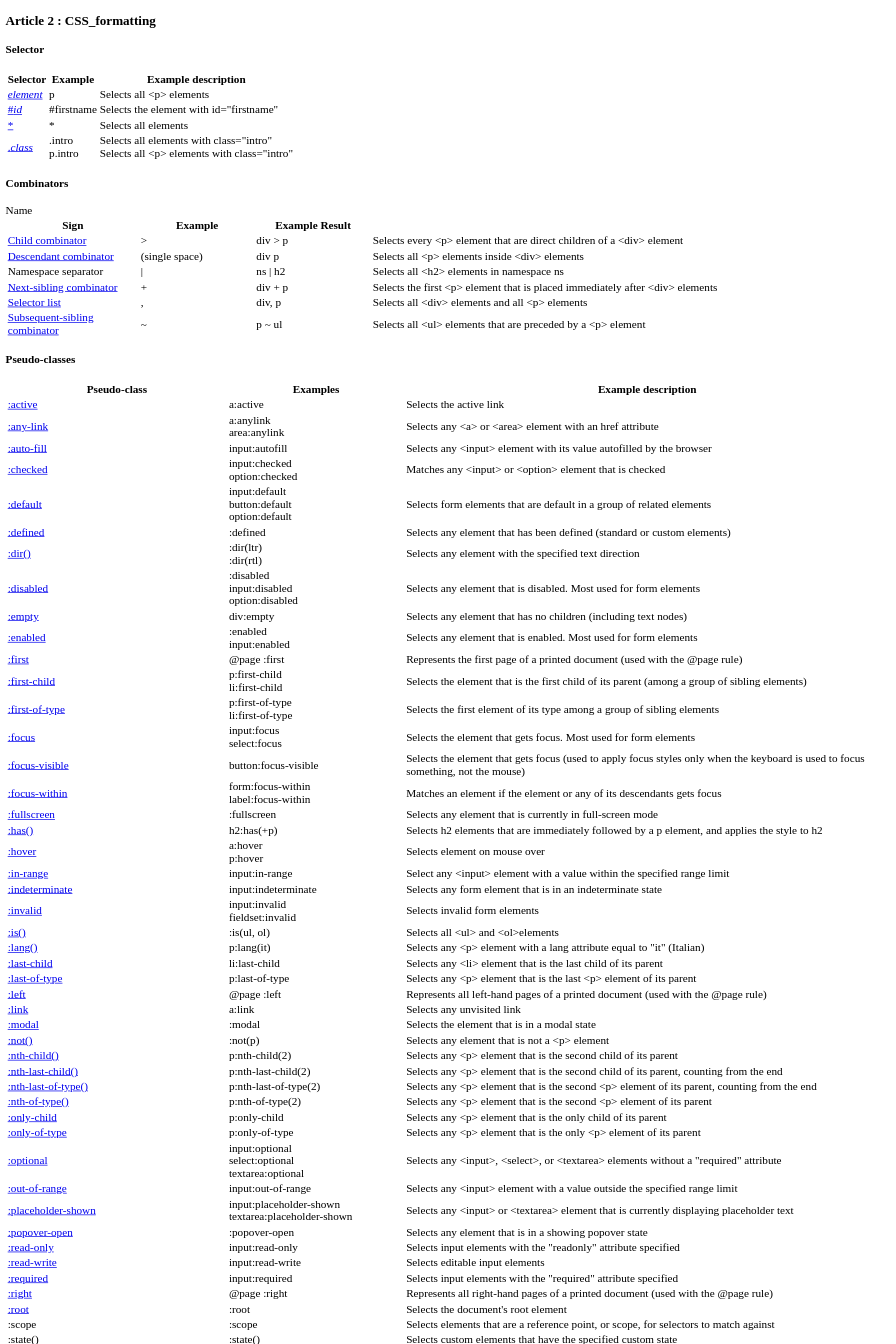
Repository: AnnaSpirit/2025_
Page: Bases/CSS_formatting.html
The author's editor kept a copy of each file at every save. The page is drawn from the files as they stood at one save, then again after the next save.
The browser window is 1280 px wide. The pictures show the part of the page from y = 0 to 1920 px (the page is 2615 px tall before and 3029 px after), at 70% of full size.

Above is the page before, as saved 2025-01-09 13:02:28.

### Bases/CSS_formatting.html
<!DOCTYPE html>
<html lang="en">
<head>
	<meta charset="UTF-8">
	<meta name="viewport" content="width=device-width, initial-scale=1.0">
	<title>CSS_formatting</title>
	<style>
		th{
		width:20%
			width:20%
		}
	</style>
</head>
<body>
<h3>Article 2 : CSS_formatting</h3>
<h4>Selector</h4>
<table>
<tr>
	<th>Selector</th>
	<th>Example</th>
	<th>Example description</th>
</tr>
<tr>
	<td><i><a href="sel_element.php">element</a></i></td>
	<td>p</td>
	<td>Selects all &lt;p&gt; elements</td>
</tr>
<tr>
	<td><a href="sel_id.php">#<i>id</i></a></td>
	<td>#firstname</td>
	<td>Selects the element with id="firstname"</td>
</tr>
<tr>
	<td><a href="sel_all.php">*</a></td>
	<td>*</td>
	<td>Selects all elements</td>
</tr>
<tr>
	<td><a href="sel_class.php">.<i>class</i></a></td>
	<td>.intro<br>p.intro</td>
	<td>Selects all elements with class="intro"<br>Selects all &lt;p&gt; elements with class="intro"
	</td>
</tr>
</table>
<h4>Combinators</h4>
<table class="ws-ta>
<tbody>
	<tr>
		<th style="width:32%">Name</th>
		<th style="width:15%">Sign</th>
		<th style="width:13%">Example</th>
		<th>Example Result</th>
	</tr>
	<tr>
		<td><a href="sel_element_gt.php">Child combinator</a></td>
		<td>&gt;</td>
		<td>div &gt; p</td>
		<td>Selects every &lt;p&gt; element that are direct children of a &lt;div&gt; element</td>
	</tr>
	<tr>
		<td><a href="sel_element_element.php">Descendant combinator</a></td>
		<td>(single space)</td>
		<td>div p</td>
		<td>Selects all &lt;p&gt; elements inside &lt;div&gt; elements</td>
	</tr>
	<tr>
		<td>Namespace separator</td>
		<td>|</td>
		<td>ns | h2</td>
		<td>Selects all &lt;h2&gt; elements in namespace ns</td>
	</tr>
	<tr>
		<td><a href="sel_element_pluss.php">Next-sibling combinator</a></td>
		<td>+</td>
		<td>div + p</td>
		<td>Selects the first &lt;p&gt; element that is placed immediately after &lt;div&gt; elements</td>
	</tr>
	<tr>
		<td><a href="sel_element_comma.php">Selector list</a></td>
		<td>,</td>
		<td>div, p</td>
		<td>Selects all &lt;div&gt; elements and all &lt;p&gt; elements</td>
	</tr>
	<tr>
		<td><a href="sel_gen_sibling.php">Subsequent-sibling combinator</a> </td>
		<td>~</td>
		<td>p ~ ul</td>
		<td>Selects all &lt;ul&gt; elements that are preceded by a &lt;p&gt; element</td>
	</tr>
</tbody>
</table>
<h4>Pseudo-classes</h4>
<table>
<tr>
	<th style="width:25%">Pseudo-class</th>
	<th style="width:20%">Examples</th>
	<th>Example description</th>
</tr>
<tr>
	<td><a href="sel_active.php">:active</a></td>
	<td>a:active</td>
	<td>Selects the active link</td>
</tr>
<tr>
	<td><a href="sel_any-link.php">:any-link</a></td>
	<td>a:anylink<br>area:anylink</td>
	<td>Selects any &lt;a&gt; or &lt;area&gt; element with an href attribute</td>
</tr>
<tr>
	<td><a href="sel_autofill.php">:auto-fill</a></td>
	<td>input:autofill</td>
	<td>Selects any &lt;input&gt; element with its value autofilled by the
		browser</td>
</tr>
<tr>
	<td><a href="sel_checked.php">:checked</a></td>
	<td>input:checked<br>option:checked</td>
	<td>Matches any &lt;input&gt; or &lt;option&gt; element that is checked</td>
</tr>
<tr>
	<td><a href="sel_default.php">:default</a></td>
	<td>input:default<br>button:default<br>option:default</td>
	<td>Selects form elements that are default in a group of related elements</td>
</tr>
<tr>
	<td><a href="sel_defined.php">:defined</a></td>
	<td>:defined</td>
	<td>Selects any element that has been defined (standard or custom
		elements)</td>
</tr>
<tr>
	<td><a href="sel_dir.php">:dir()</a></td>
	<td>:dir(ltr)<br>:dir(rtl)</td>
	<td>Selects any element with the specified text direction</td>
</tr>
<tr>
	<td><a href="sel_disabled.php">:disabled</a></td>
	<td>:disabled<br>input:disabled<br>option:disabled</td>
	<td>Selects any element that is disabled. Most used for form elements</td>
</tr>
<tr>
	<td><a href="sel_empty.php">:empty</a></td>
	<td>div:empty</td>
	<td>Selects any element that has no children (including text nodes)</td>
</tr>
<tr>
	<td><a href="sel_enabled.php">:enabled</a></td>
	<td>:enabled<br>input:enabled</td>
	<td>Selects any element that is enabled. Most used for form elements</td>
</tr>
<tr>
	<td><a href="sel_first.php">:first</a></td>
	<td>@page :first</td>
	<td>Represents the first page of a printed document (used with the @page
		rule)</td>
</tr>
<tr>
	<td><a href="sel_firstchild.php">:first-child</a></td>
	<td>p:first-child<br>li:first-child</td>
	<td>Selects the element that is the first child of its parent (among a group
		of sibling elements)</td>
</tr>
<tr>
	<td><a href="sel_first-of-type.php">:first-of-type</a></td>
	<td>p:first-of-type<br>li:first-of-type</td>
	<td>Selects the first element of its type among a group of sibling elements</td>
</tr>
<tr>
	<td><a href="sel_focus.php">:focus</a></td>
	<td>input:focus<br>select:focus</td>
	<td>Selects the element that gets focus. Most used for form elements</td>
</tr>
<tr>
	<td><a href="sel_focus-visible.php">:focus-visible</a></td>
	<td>button:focus-visible</td>
	<td>Selects the element that gets focus (used to apply focus styles only
		when the keyboard is used to focus something, not the mouse)</td>
</tr>
<tr>
	<td><a href="sel_focus-within.php">:focus-within</a></td>
	<td>form:focus-within<br>label:focus-within</td>
	<td>Matches an element if the element or any of its descendants gets focus</td>
</tr>
<tr>
	<td><a href="sel_fullscreen.php">:fullscreen</a></td>
	<td>:fullscreen</td>
	<td>Selects any element that is currently in full-screen mode</td>
</tr>
<tr>
	<td><a href="sel_has.php">:has()</a></td>
	<td>h2:has(+p)</td>
	<td>Selects h2 elements that are immediately followed by a p element, and
		applies the style to h2</td>
</tr>
<tr>
	<td><a href="sel_hover.php">:hover</a></td>
	<td>a:hover<br>p:hover</td>
	<td>Selects element on mouse over</td>
</tr>
<tr>
	<td><a href="sel_in-range.php">:in-range</a></td>
	<td>input:in-range</td>
	<td>Select any &lt;input&gt; element with a value within the specified range
		limit</td>
</tr>
<tr>
	<td><a href="sel_indeterminate.php">:indeterminate</a></td>
	<td>input:indeterminate</td>
	<td>Selects any form element that is in an indeterminate state</td>
</tr>
<tr>
	<td><a href="sel_invalid.php">:invalid</a></td>
	<td>input:invalid<br>fieldset:invalid</td>
	<td>Selects invalid form elements</td>
</tr>
<tr>
	<td><a href="sel_is.php">:is()</a></td>
	<td>:is(ul, ol)</td>
	<td>Selects all &lt;ul&gt; and &lt;ol&gt;elements</td>
</tr>
<tr>
	<td><a href="sel_lang.php">:lang()</a></td>
	<td>p:lang(it)</td>
	<td>Selects any &lt;p&gt; element with a lang attribute equal to "it" (Italian)</td>
</tr>
<tr>
	<td><a href="sel_last-child.php">:last-child</a></td>
	<td>li:last-child</td>
	<td>Selects any &lt;li&gt; element that is the last child of its parent</td>
</tr>
<tr>
	<td><a href="sel_last-of-type.php">:last-of-type</a></td>
	<td>p:last-of-type</td>
	<td>Selects any &lt;p&gt; element that is the last &lt;p&gt; element of its parent</td>
</tr>
<tr>
	<td><a href="sel_left.php">:left</a></td>
	<td>@page :left</td>
	<td>Represents all left-hand pages of a printed document (used with the @page
		rule)</td>
</tr>
<tr>
	<td><a href="sel_link.php">:link</a></td>
	<td>a:link</td>
	<td>Selects any unvisited link</td>
</tr>
<tr>
	<td><a href="sel_modal.php">:modal</a></td>
	<td>:modal</td>
	<td>Selects the element that is in a modal state</td>
</tr>
<tr>
	<td><a href="sel_not.php">:not()</a></td>
	<td>:not(p)</td>
	<td>Selects any element that is not a &lt;p&gt; element</td>
</tr>
<tr>
	<td><a href="sel_nth-child.php">:nth-child()</a></td>
	<td>p:nth-child(2)</td>
	<td>Selects any &lt;p&gt; element that is the second child of its parent</td>
</tr>
<tr>
	<td><a href="sel_nth-last-child.php">:nth-last-child()</a></td>
	<td>p:nth-last-child(2)</td>
	<td>Selects any &lt;p&gt; element that is the second child of its parent, counting from the
		end</td>
</tr>
<tr>
	<td><a href="sel_nth-last-of-type.php">:nth-last-of-type()</a></td>
	<td>p:nth-last-of-type(2)</td>
	<td>Selects any &lt;p&gt; element that is the second &lt;p&gt; element of its parent, counting from the
		end</td>
</tr>
<tr>
	<td><a href="sel_nth-of-type.php">:nth-of-type()</a></td>
	<td>p:nth-of-type(2)</td>
	<td>Selects any &lt;p&gt; element that is the second &lt;p&gt; element of its parent</td>
</tr>
<tr>
	<td><a href="sel_only-child.php">:only-child</a></td>
	<td>p:only-child</td>
	<td>Selects any &lt;p&gt; element that is the only child of its parent</td>
</tr>
<tr>
	<td><a href="sel_only-of-type.php">:only-of-type</a></td>
	<td>p:only-of-type</td>
	<td>Selects any &lt;p&gt; element that is the only &lt;p&gt; element of its parent</td>
</tr>
<tr>
	<td><a href="sel_optional.php">:optional</a></td>
	<td>input:optional<br>select:optional<br>textarea:optional</td>
	<td>Selects any &lt;input&gt;, &lt;select&gt;, or &lt;textarea&gt; elements without
		a "required" attribute</td>
</tr>
<tr>
	<td><a href="sel_out-of-range.php">:out-of-range</a></td>
	<td>input:out-of-range</td>
	<td>Selects any &lt;input&gt; element with a value outside the specified range
		limit</td>
</tr>
<tr>
	<td><a href="sel_placeholder-shown.php">:placeholder-shown</a></td>
	<td>input:placeholder-shown<br>
		textarea:placeholder-shown</td>
	<td>Selects any &lt;input&gt; or &lt;textarea&gt; element that is currently displaying
		placeholder text</td>
</tr>
<tr>
	<td><a href="sel_popover-open.php">:popover-open</a></td>
	<td>:popover-open</td>
	<td>Selects any element that is in a showing popover state</td>
</tr>
<tr>
	<td><a href="sel_read-only.php">:read-only</a></td>
	<td>input:read-only</td>
	<td>Selects input elements with the "readonly" attribute specified</td>
</tr>
<tr>
	<td><a href="sel_read-write.php">:read-write</a></td>
	<td>input:read-write</td>
	<td>Selects editable input elements</td>
</tr>
<tr>
	<td><a href="sel_required.php">:required</a></td>
	<td>input:required</td>
	<td>Selects input elements with the "required" attribute specified</td>
</tr>
<tr>
	<td><a href="sel_right.php">:right</a></td>
	<td>@page :right</td>
	<td>Represents all right-hand pages of a printed document (used with the @page
		rule)</td>
</tr>
<tr>
	<td><a href="sel_root.php">:root</a></td>
	<td>:root</td>
	<td>Selects the document's root element</td>
</tr>
<tr>
	<td>:scope</td>
	<td>:scope</td>
	<td>Selects elements that are a reference point, or scope, for selectors to
		match against</td>
</tr>
<tr>
	<td>:state()</td>
	<td>:state()</td>
	<td>Selects custom elements that have the specified custom state</td>
</tr>
<tr>
	<td><a href="sel_target.php">:target</a></td>
	<td>:target </td>
	<td>Selects the current active target element</td>
</tr>
<tr>
	<td><a href="sel_user-invalid.php">:user-invalid</a></td>
	<td>:user-invalid</td>
	<td>Selects any form element with an invalid value (after the user have
		interacted with it)</td>
</tr>
<tr>
	<td><a href="sel_user-valid.php">:user-valid</a></td>
	<td>:user-valid</td>
	<td>Selects any form element with a valid value (after the user have
		interacted with it)</td>
</tr>
<tr>
	<td><a href="sel_valid.php">:valid</a></td>
	<td>input:valid</td>
	<td>Selects all input elements with a valid value</td>
</tr>
<tr>
	<td><a href="sel_visited.php">:visited</a></td>
	<td>a:visited<br>area:visited</td>
	<td>Selects all visited links</td>
</tr>
<tr>
	<td><a href="sel_where.php">:where()</a></td>
	<td>:where(ol, ul)</td>
	<td>Selects all &lt;ul&gt; and &lt;ol&gt;elements</td>
</tr>
</table>
<h4>Pseudo-elements</h4>
<table class="ws-ta>
<tbody>
	<tr>
		<th style="width:25%">Pseudo-element</th>
		<th style="width:25%">Example</th>
		<th>Example description</th>
	</tr>
	<tr>
		<td><a href="sel_after.php">::after</a></td>
		<td>p::after<br>div::after</td>
		<td>Inserts something after the content of the specified element</td>
	</tr>
	<tr>
		<td><a href="sel_backdrop.php">::backdrop</a></td>
		<td>dialog::backdrop</td>
		<td>Styles the viewbox behind a dialog box or popover element</td>
	</tr>
	<tr>
		<td><a href="sel_before.php">::before</a></td>
		<td>p::before<br>div::before</td>
		<td>Inserts something before the content of the specified element</td>
	</tr>
	<tr>
		<td><a href="sel_file-selector-button.php">::file-selector-button</a></td>
		<td>::file-selector-button</td>
		<td>Selects any button of type &lt;input type="file"&gt;</td>
	</tr>
	<tr>
		<td><a href="sel_firstletter.php">::first-letter</a></td>
		<td>p::first-letter</td>
		<td>Selects the first letter of every &lt;p&gt; element</td>
	</tr>
	<tr>
		<td><a href="sel_firstline.php">::first-line</a></td>
		<td>p::first-line</td>
		<td>Selects the first line of every &lt;p&gt; element</td>
	</tr>
	<tr>
		<td><a href="sel_grammar-error.php">::grammar-error</a></td>
		<td>::grammar-error</td>
		<td>Styles a text that the browser has flagged as grammatically incorrect</td>
	</tr>
	<tr>
		<td><a href="sel_highlight.php">::highlight()</a></td>
		<td>::highlight(custom-name)</td>
		<td>Selects a custom highlight</td>
	</tr>
	<tr>
		<td><a href="sel_marker.php">::marker</a></td>
		<td>::marker</td>
		<td>Selects the markers of list items</td>
	</tr>
	<tr>
		<td><a href="sel_placeholder.php">::placeholder</a></td>
		<td>input::placeholder<br>textarea::placeholder</td>
		<td>Styles the placeholder text of &lt;input&gt; or &lt;textarea&gt; elements</td>
	</tr>
	<tr>
		<td><a href="sel_selection.php">::selection</a></td>
		<td>::selection</td>
		<td>Styles the user-selected text</td>
	</tr>
	<tr>
		<td><a href="sel_spelling-error.php">::spelling-error</a></td>
		<td>::spelling-error</td>
		<td>Styles a text that the browser has flagged as incorrectly spelled</td>
	</tr>
	<tr>
		<td>::view-transition</td>
		<td>::view-transition</td>
		<td>Represents the root of the view transitions overlay, which contains all
			view transition on the page</td>
	</tr>
	<tr>
		<td>::view-transition-group</td>
		<td>::view-transition-group</td>
		<td>Represents a single view transition snapshot group</td>
	</tr>
	<tr>
		<td>::view-transition-image-pair</td>
		<td>::view-transition-image-pair</td>
		<td>Represents a container for a view transition's "old" and "new" view
			states - before and after the transition</td>
	</tr>
	<tr>
		<td>::view-transition-new</td>
		<td>::view-transition-new</td>
		<td>Represents the "new" view state of a view transition</td>
	</tr>
	<tr>
		<td>::view-transition-old</td>
		<td>::view-transition-old</td>
		<td>Represents the "old" view state of a view transition</td>
	</tr>
</tbody>
</table>
</body>
</html>

After the next save:
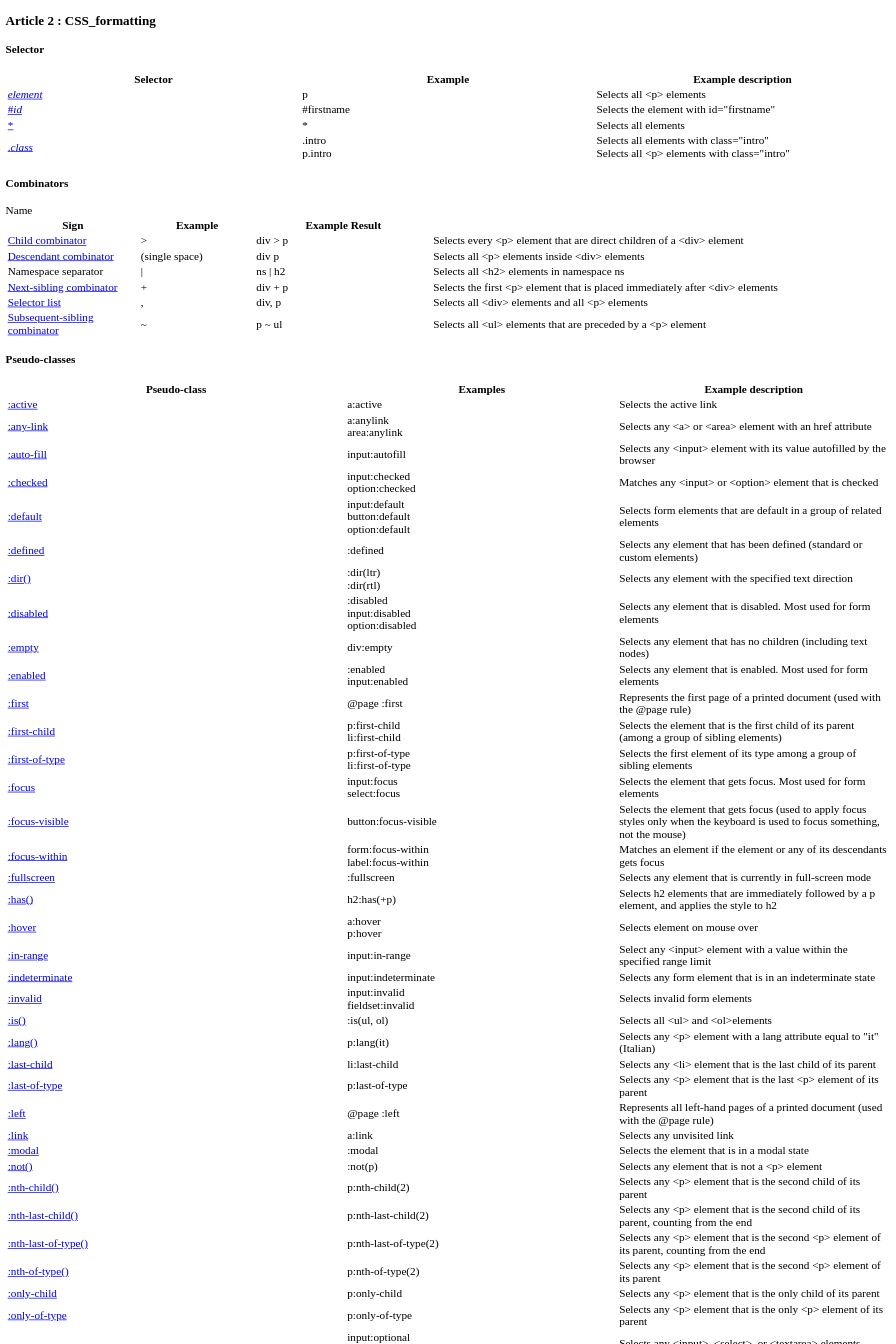
Saved 7 s later.
--- a/Bases/CSS_formatting.html
+++ b/Bases/CSS_formatting.html
@@ -7,7 +7,6 @@
 	<style>
 		th{
 		width:20%
-			width:20%
 		}
 	</style>
 </head>

After the 2 saves that followed:
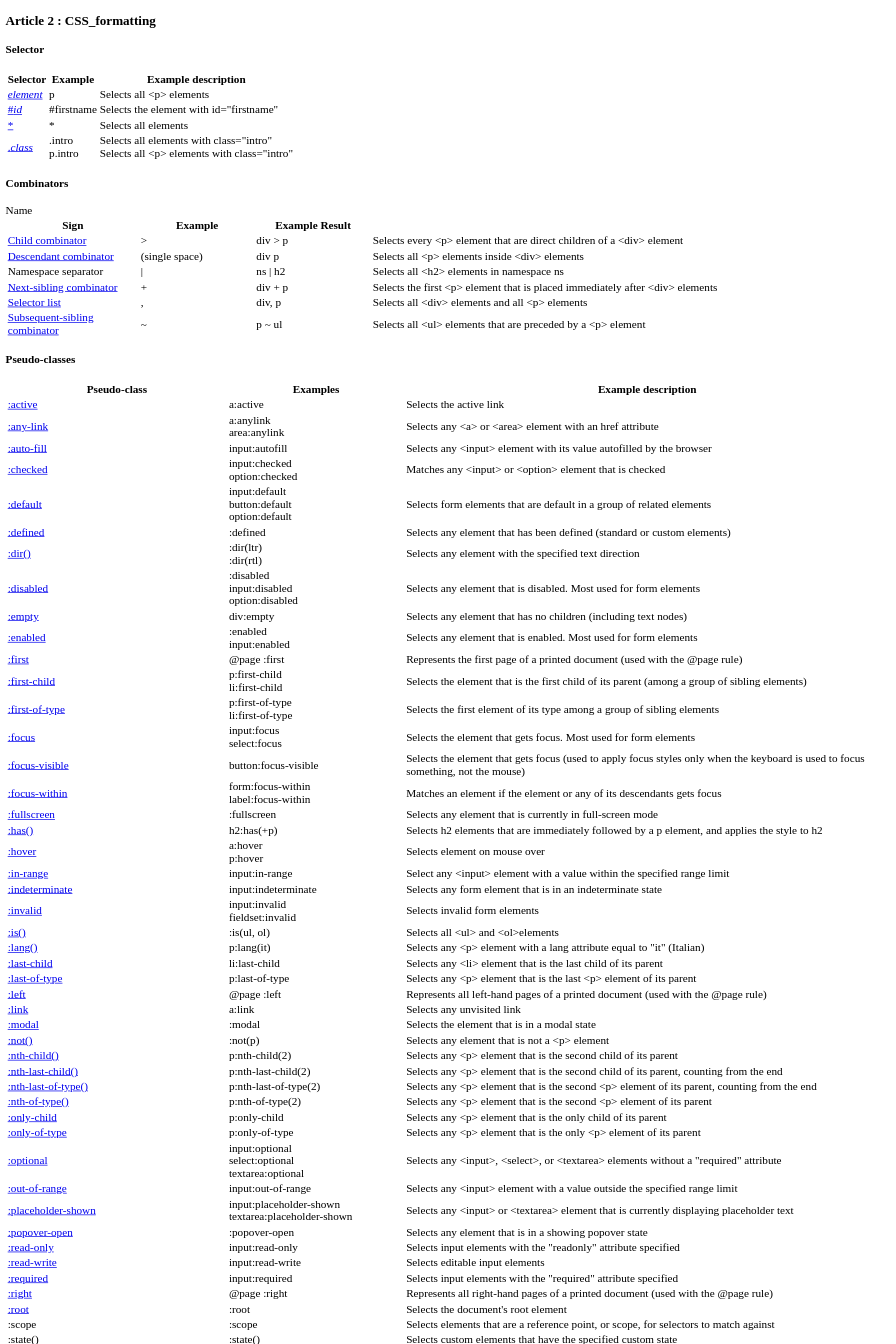
The 2 saves are shown as one change because they came seconds apart.
The last was saved 10 s later.
--- a/Bases/CSS_formatting.html
+++ b/Bases/CSS_formatting.html
@@ -7,6 +7,7 @@
 	<style>
 		th{
 		width:20%
+			width:20%
 		}
 	</style>
 </head>
